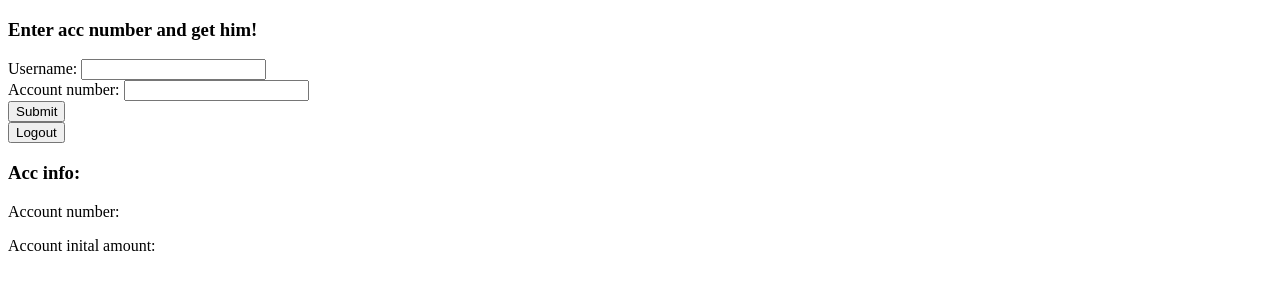
Repository: Aleksandyr/Java
Page: http://localhost/07.SpringSecurityHomework/WEB-INF/views/registerPage.jsp
The author's editor kept a copy of each file at every save. The page is drawn from the files as they stood at one save, then again after the next save.
The browser window is 1280 px wide. The pictures show the whole page.
The page is served by Tomcat 9. Nobody is signed in. Other server files are loaded and not shown. The template is opened directly, without the code that normally fills it, so the values that code supplies are empty.

Above is the page before, as saved 2016-03-03 13:43:22.

### Java-Web-Development-Homeworks/07.SpringSecurityHomework/src/main/webapp/WEB-INF/views/registerPage.jsp
<%@ taglib prefix="form" uri="http://www.springframework.org/tags/form"%>
<%@ taglib uri="http://java.sun.com/jsp/jstl/core" prefix="c" %>
<%@ taglib prefix="sec" uri="http://www.springframework.org/security/tags" %>

<c:set var="accNum" value= '<%= session.getAttribute("accNum") %>' />
<c:set var="accInitAmount" value= '<%= session.getAttribute("accInitAmount") %>' />

<!DOCTYPE html PUBLIC "-//W3C//DTD HTML 4.01 Transitional//EN" "http://www.w3.org/TR/html4/loose.dtd">
<html>
<head>
<meta http-equiv="Content-Type" content="text/html; charset=ISO-8859-1">
<title>Insert title here</title>
</head>
<body>
	<h3>Enter acc number and get him!</h3>

	<form:form method="POST" action="getAccount">
		<label>Username:</label>
		<input type="text" name="username" />
		<br/>
		<label>Account number:</label>
		<input type="text" name="acc_number" />
		<br/>
		<input type="submit" value="Submit" />
	</form:form>

	<sec:authorize access="hasRole('ROLE_USER')">
				<button type="button" onclick="location = 'bankOperation'">Bank Operation</button>
	</sec:authorize>
	<button type="button" onclick="location = 'logout'">Logout</button>

	<div>
		<h3>Acc info:</h3>
		<p>Account number: ${accNum}</p>
		<p>Account inital amount: ${accInitAmount}</p>

	</div>
</body>
</html>

After the next save:
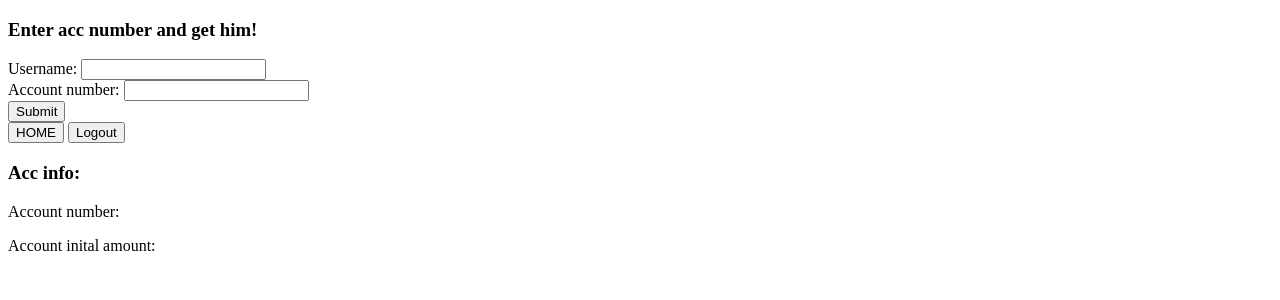
Saved 32 s later.
--- a/Java-Web-Development-Homeworks/07.SpringSecurityHomework/src/main/webapp/WEB-INF/views/registerPage.jsp
+++ b/Java-Web-Development-Homeworks/07.SpringSecurityHomework/src/main/webapp/WEB-INF/views/registerPage.jsp
@@ -27,6 +27,7 @@
 	<sec:authorize access="hasRole('ROLE_USER')">
 				<button type="button" onclick="location = 'bankOperation'">Bank Operation</button>
 	</sec:authorize>
+	<button type="button" onclick="location = '/'">HOME</button>
 	<button type="button" onclick="location = 'logout'">Logout</button>
 
 	<div>
